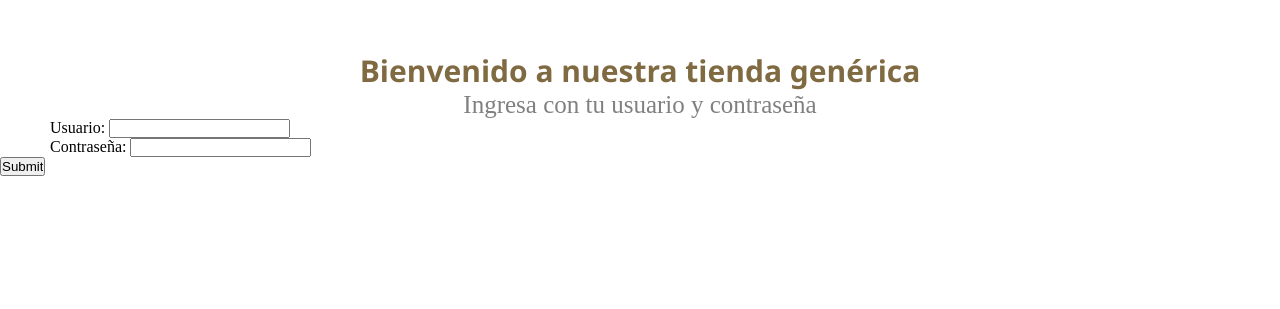
Repository: andresrojas686/tiendaGenericaMintic
Page: primerJSP/src/main/webapp/index.html
An editor plug-in stored every save of this project. The page is shown before and after the next save, followed by the edit.
The browser window is 1280 px wide. The pictures show the whole page.

Above is the page before, as saved 2021-09-15 01:22:36.

After the next save:
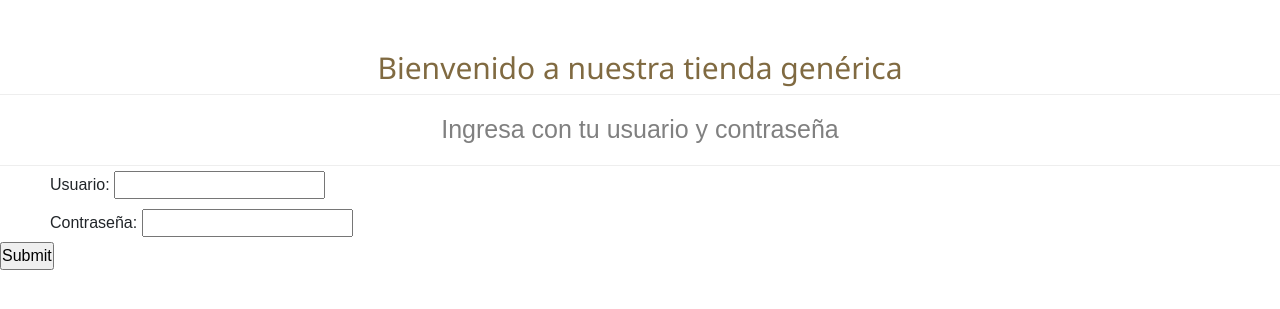
Saved 5 s later.
--- a/primerJSP/src/main/webapp/index.html
+++ b/primerJSP/src/main/webapp/index.html
@@ -3,7 +3,7 @@
 <head>
 <meta charset="ISO-8859-1">
 <link rel="stylesheet" href="style/styles.css">
-<link rel="stylesheet" href="style/styles.css">
+<link rel="stylesheet" href="style/main.css">
 <title>Tienda generica</title>
 </head>
 <body>
